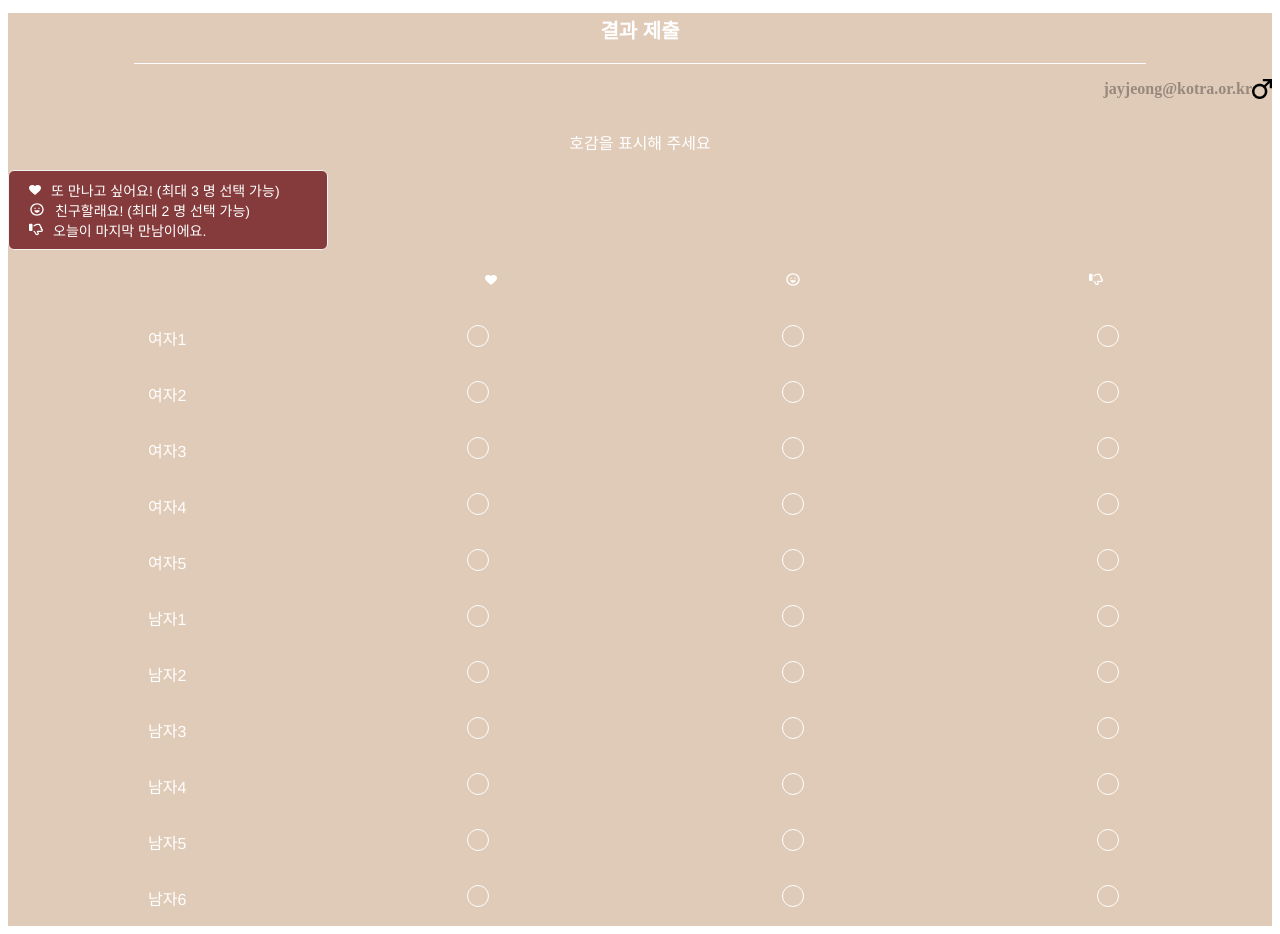
Repository: Jay-Jeong1988/speed_dating_pwa
Page: /submit_result
The author's editor kept a copy of each file at every save. The page is drawn from the files as they stood at one save, then again after the next save.
The browser window is 1280 px wide. The pictures show the whole page.
The project was rebuilt for these pictures with package versions that can differ from the ones it lists, and the page was loaded fresh each time. Also part of the build but not shown: vue.config.js, src/views/LoginPage.vue, src/views/DashBoard.vue, src/components/no_reservation_card.vue, src/views/BookedEventsPage.vue.

Above is the page before, as saved 2023-02-12 23:06:53.

After the next save:
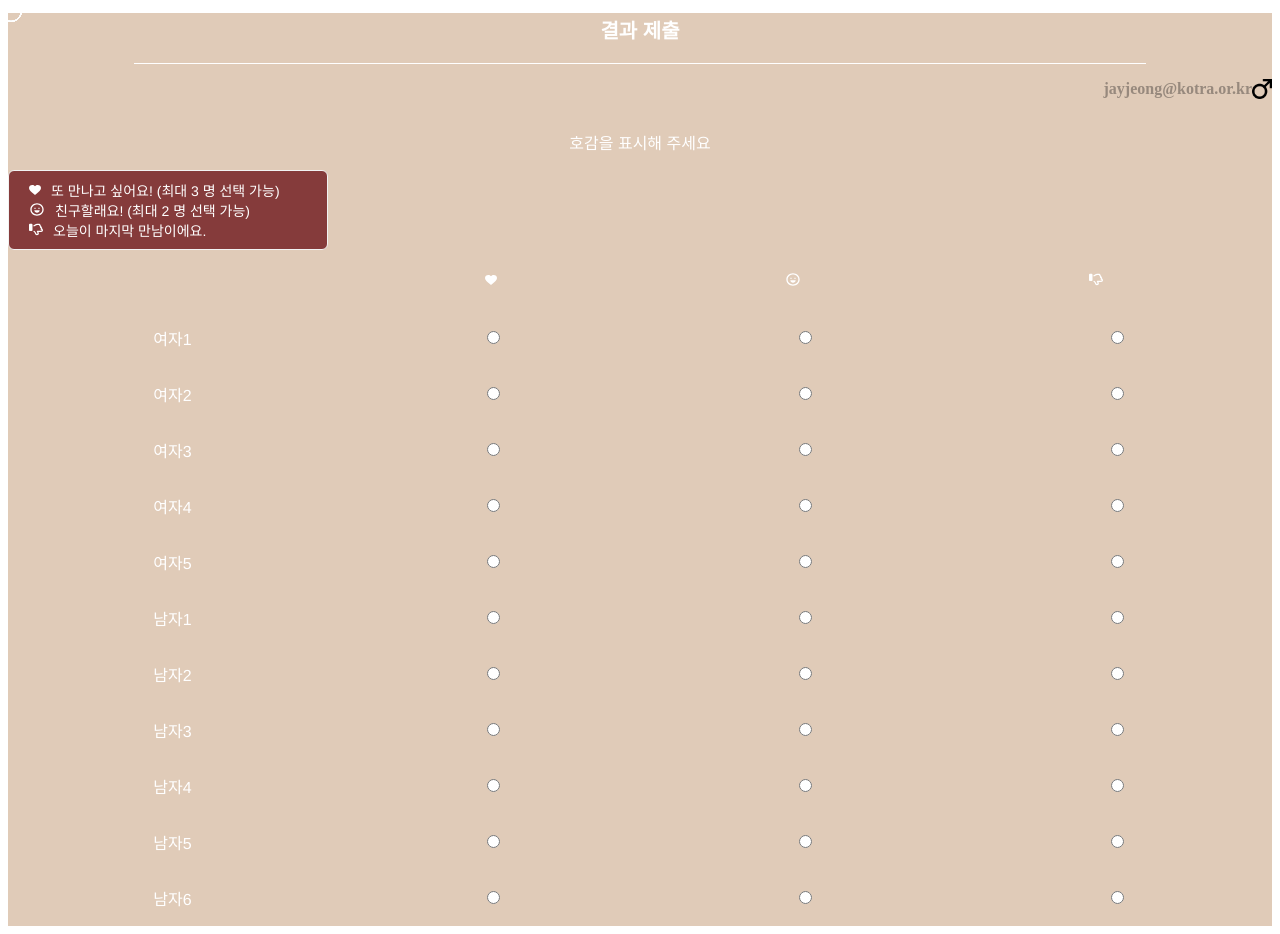
Saved 13 s later.
--- a/src/views/SubmitResultPage.vue
+++ b/src/views/SubmitResultPage.vue
@@ -35,15 +35,15 @@
             <input type="radio" :id="participant.id" :name="participant.name" value="HTML" />
             <span class="checkmark"></span>
           </label> -->
-          <div class="container">
+          <div class="radio">
             <input type="radio" :id="participant.id" :name="participant.name" value="HTML" />
             <span class="checkmark"></span>
           </div>
-          <div class="container">
+          <div class="radio">
             <input type="radio" :id="participant.id" :name="participant.name" value="HTML" />
             <span class="checkmark"></span>
           </div>
-          <div class="container">
+          <div class="radio">
             <input type="radio" :id="participant.id" :name="participant.name" value="HTML" />
             <span class="checkmark"></span>
           </div>
